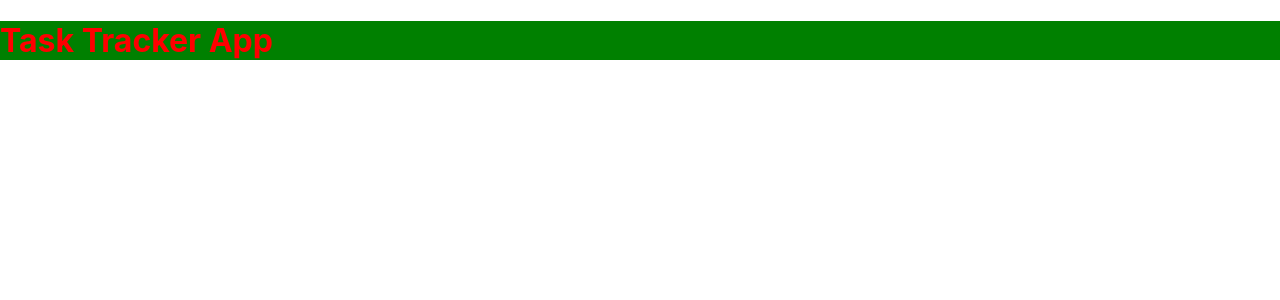
Repository: feyroozecode/task_tracker
Page: /
The author's editor kept a copy of each file at every save. The page is drawn from the files as they stood at one save, then again after a run of saves.
The browser window is 1280 px wide. The pictures show the whole page.
The project was rebuilt for these pictures with package versions that can differ from the ones it lists, and the page was loaded fresh each time.

Above is the page before, as saved 2023-10-19 16:04:27.

After the next 4 saves:
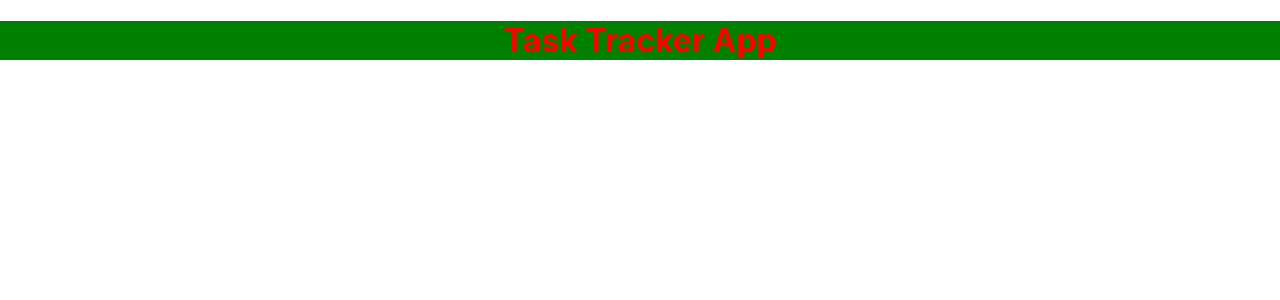
The 4 saves are shown as one change because 1 did not build or start and some came seconds apart.
The last was saved 17 s later.
--- a/src/components/Header.js
+++ b/src/components/Header.js
@@ -3,7 +3,7 @@ import PropTypes from 'prop-types'
 const Header = ({ title }) => {
     return (
         <header>
-            <h1 style={{ color: 'red', backgroundColor: 'green',  }}> { title } </h1>
+            <h1 style={{ color: 'red', backgroundColor: 'green', textAlign: 'center' }}> { title } </h1>
         </header>
     )
 }
